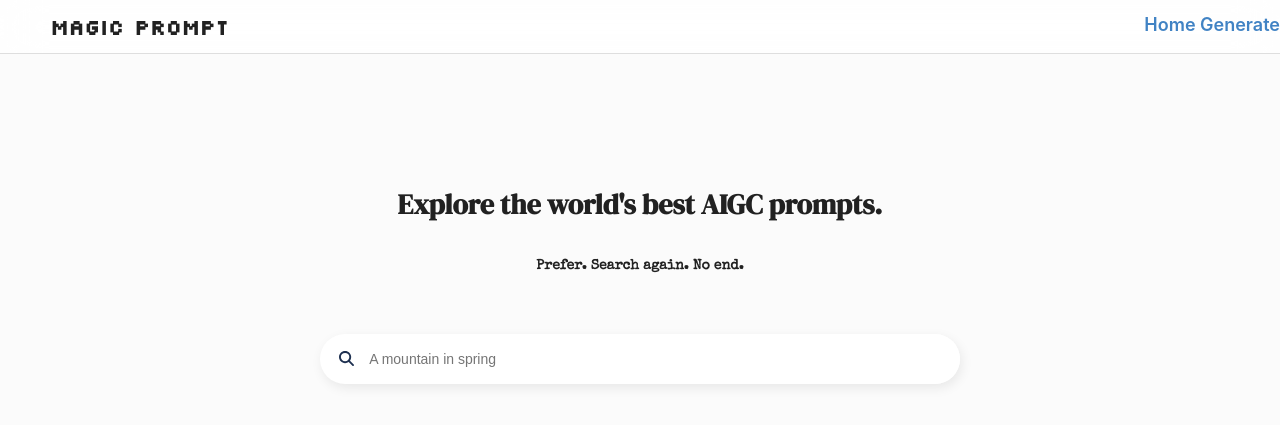
Repository: GOK-656/MagicPrompt
Page: templates/index.html
An editor plug-in stored every save of this project. The page is shown before and after a run of saves, followed by the edit.
The browser window is 1280 px wide. The pictures show the whole page.
Some web libraries are served in a nearby version. The template is drawn by Flask 3. The application's start-up code is not run. The template is opened directly, without the code that normally fills it, so the values that code supplies are empty.

Above is the page before, as saved 2024-02-24 14:27:16.

After the next 5 saves:
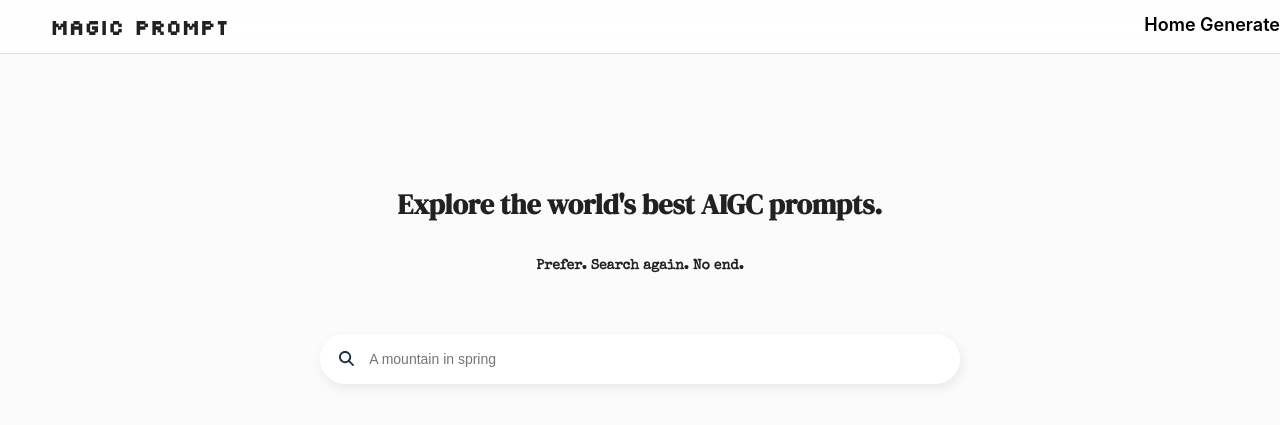
The 5 saves are shown as one change because they came seconds apart.
The last was saved 20 s later.
--- a/static/css/style_search.css
+++ b/static/css/style_search.css
@@ -27,6 +27,9 @@
     float: right;
     font-size: 18px;
     text-decoration: none;
+}
+
+#nav-link a{
     color: black;
 }
 
